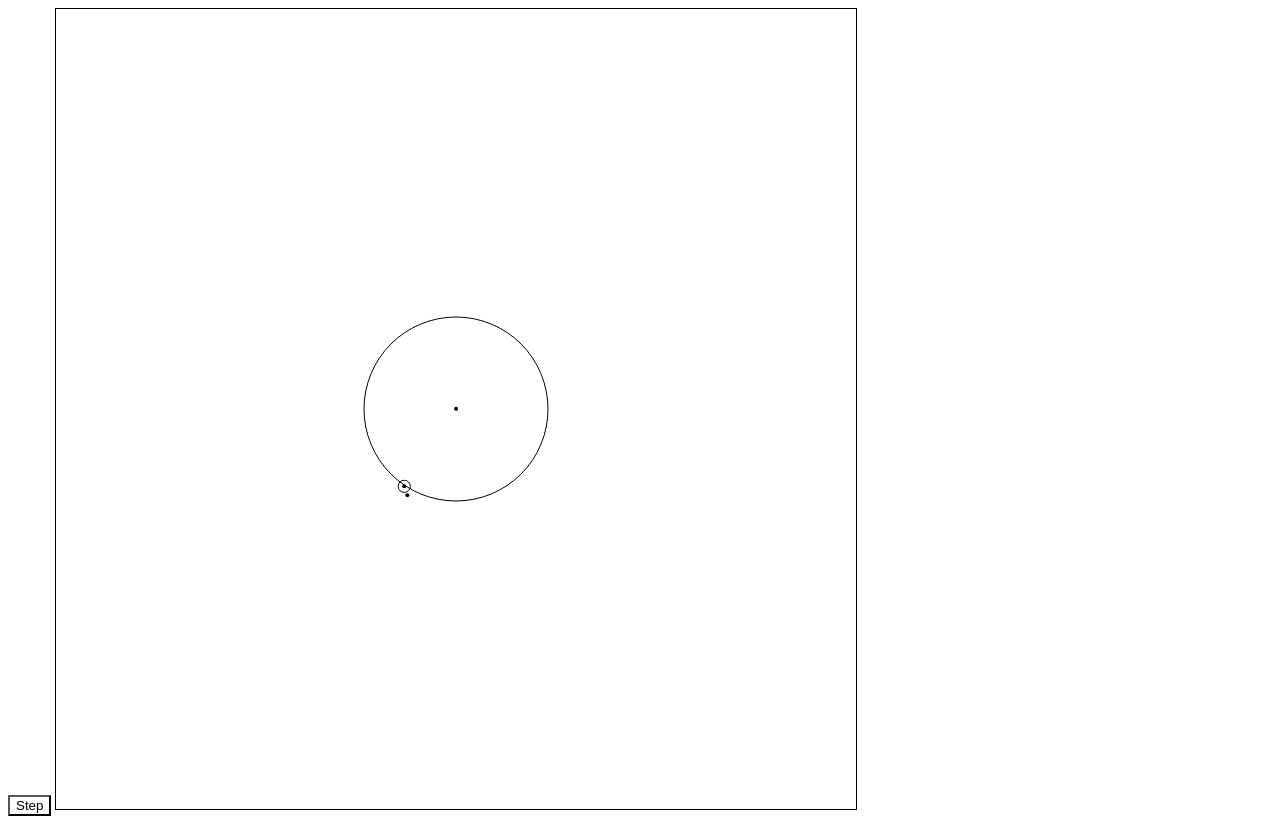
Repository: blahnikkai/n-body-simulation
Page: index.html
The author's editor kept a copy of each file at every save. The page is drawn from the files as they stood at one save, then again after the next save.
The browser window is 1280 px wide. The pictures show the whole page.

Above is the page before, as saved 2024-02-22 15:56:30.

After the next save:
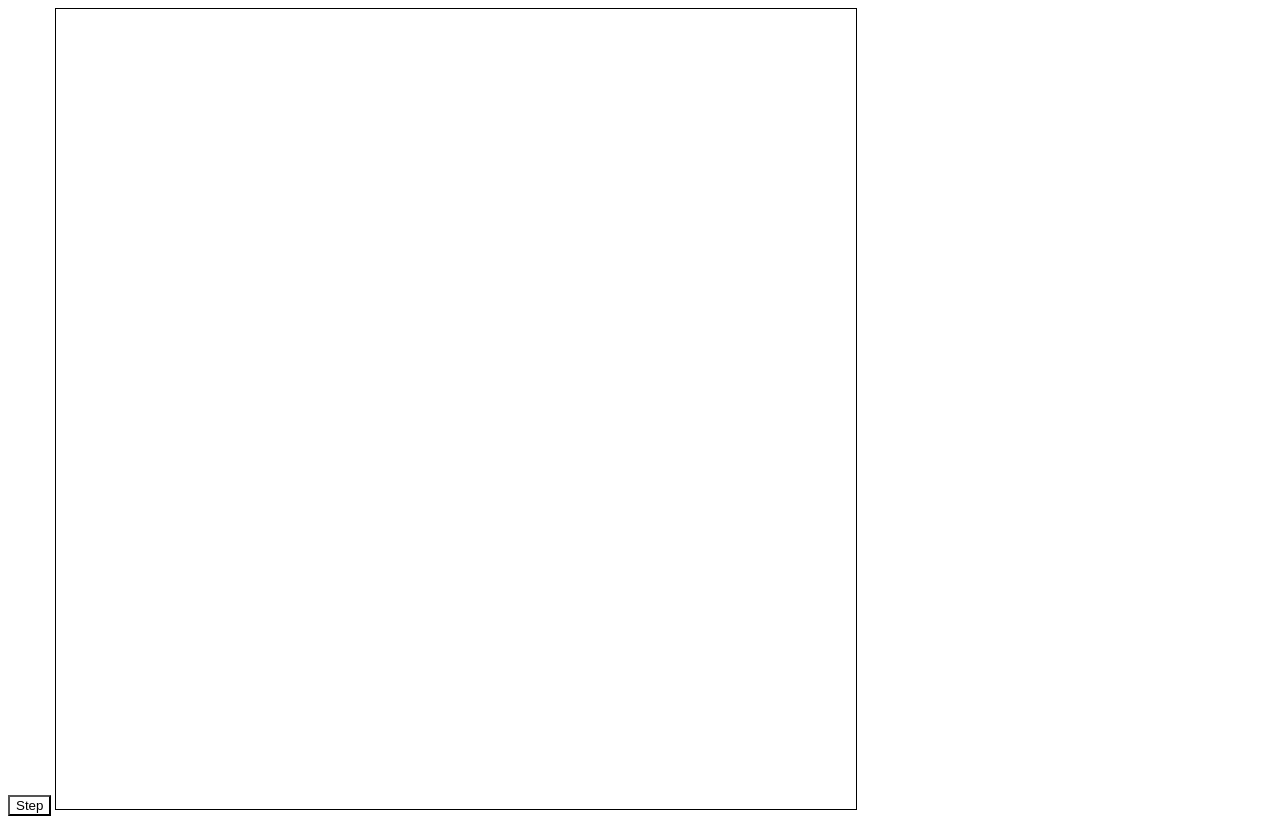
Console error: SyntaxError: Identifier 'step' has already been declared
Saved 4 s later.
--- a/script.js
+++ b/script.js
@@ -82,7 +82,9 @@
         console.log('clicked')
         bodies.push(body)
     })
+    const step = () => {
 
+    }
 
     const render = () => {
         for(let i = 0; i < bodies.length; ++i) {

After the 2 saves that followed:
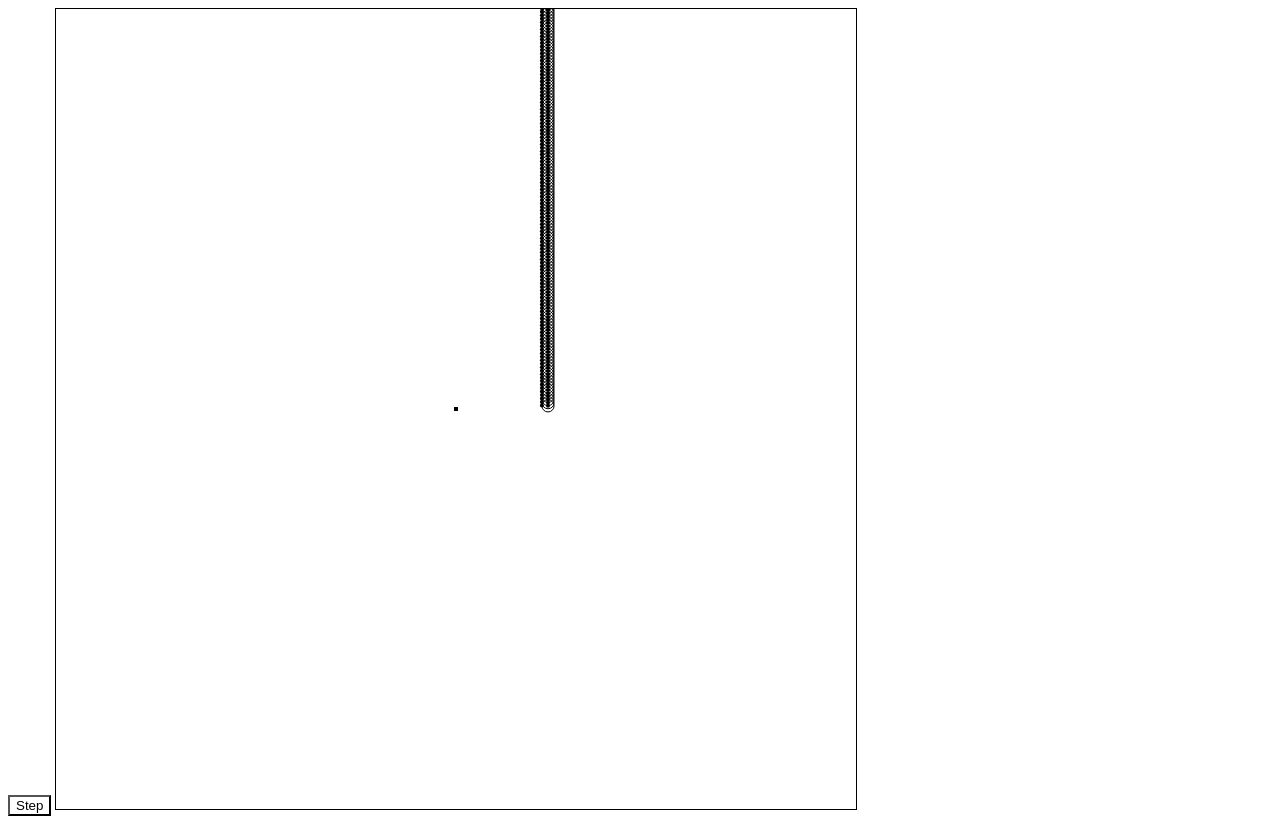
The error is gone.
The 2 saves are shown as one change because 1 left the picture as it was.
The last was saved 15 s later.
--- a/script.js
+++ b/script.js
@@ -83,10 +83,6 @@
         bodies.push(body)
     })
     const step = () => {
-
-    }
-
-    const render = () => {
         for(let i = 0; i < bodies.length; ++i) {
             bodies[i].acc = new Vector(0, 0)
         }
@@ -100,6 +96,10 @@
         ctx.beginPath()
         ctx.arc(400, 400, 92, 0, 2 * Math.PI)
         ctx.stroke()
+    }
+
+    const render = () => {
+
         for(let i = 0; i < bodies.length; ++i) {
             bodies[i].integrate()
             ctx.beginPath()
@@ -117,8 +117,8 @@
         window.requestAnimationFrame(render)
     }
     render()
-    const step = document.getElementById('step')
-    step.addEventListener('click', () => {
+    const step_btn = document.getElementById('step')
+    step_btn.addEventListener('click', () => {
         render()
     })
 }
